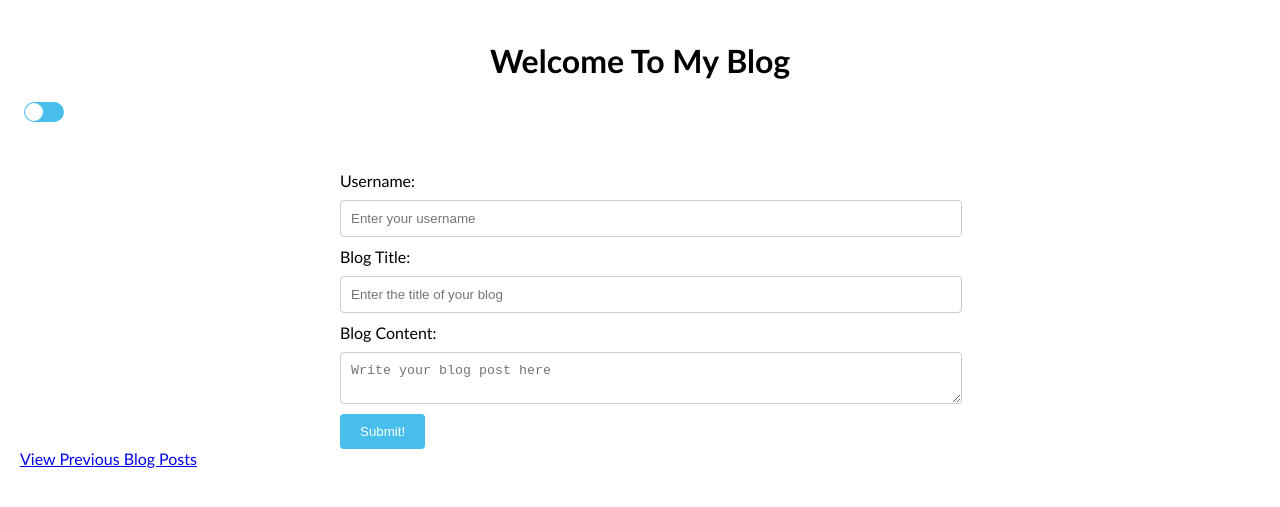
Repository: PaigeC001/WeatherOutlookTracker
Page: Challenge-4/index.html
These files come from the project's save history. The page is drawn as it stood at one moment and after the next save; the edit follows.
The browser window is 1280 px wide. The pictures show the whole page.

Above is the page before, as saved 2024-06-26 00:02:11.
Console error: SyntaxError: Identifier 'form' has already been declared

### Challenge-4/index.html
<!DOCTYPE html>
<html>
<head>
  <title>Blog Form</title>
  <link rel="stylesheet" type="text/css" href="styles.css">
</head>
<body>
  <h1>Welcome To My Blog</h1>

  <div class="toggle-container">
    <input type="checkbox" id="toggle">
    <label for="toggle"></label>
  </div>

<form id="blogPostForm">
    <label for="username">Username:</label>
    <input type="text" id="username" placeholder="Enter your username" required>

    <label for="title">Blog Title:</label>
    <input type="text" id="title" placeholder="Enter the title of your blog" required>

    <label for="content">Blog Content:</label>
    <textarea id="content" placeholder="Write your blog post here" required></textarea>

    <button type="submit">Submit!</button>
  </form>

  <script>
    // Add a new blog post and redirect to the second HTML page
    function addBlogPostAndRedirect(username, title, content) {
      // Add the blog post using the existing addBlogPost function
      addBlogPost(username, title, content);

      window.location.href = "blog.html";
    }

    // Update the form's submit event listener
    var form = document.getElementById('blogPostForm');

    form.addEventListener('submit', function(event) {
      event.preventDefault(); // prevent the form from submitting normally

      var username = document.getElementById('username').value;
      var title = document.getElementById('blogTitle').value;
      var content = document.getElementById('blogContent').value;

      addBlogPostAndRedirect(username, title, content);
    });
  </script>

<a href="blog.html">View Previous Blog Posts</a>

  <script src="script.js"></script>
</body>
</html>

### Challenge-4/styles.css
body {
  font-family: 'Trebuchet MS', 'Lucida Sans Unicode', 'Lucida Grande', 'Lucida Sans', Arial, sans-serif;
  margin: 0;
  padding: 20px;
}

h1 {
  text-align: center;
}

form {
  max-width: 600px;
  margin: 0 auto;
}

label,
input,
textarea {
  display: block;
  width: 100%;
  margin-bottom: 10px;
}

input[type="text"],
textarea {
  padding: 10px;
  border: 1px solid #ccc;
  border-radius: 4px;
}

button {
  padding: 10px 20px;
  background-color: #47beec;
  color: #fff;
  border: none;
  border-radius: 4px;
  cursor: pointer;
}

button:hover {
  background-color: #192c46;
}

.toggle-container {
    text-align: center;
    margin-bottom: 20px;
  }

  .toggle-container label {
    display: inline-block;
    margin-right: 5px;
  }

  .toggle-container input[type="checkbox"] {
    position: relative;
    width: 40px;
    height: 20px;
    appearance: none;
    -webkit-appearance: none;
    background-color: #47beec;
    outline: none;
    border-radius: 10px;
    cursor: pointer;
  }

  .toggle-container input[type="checkbox"]:before {
    content: '';
    position: absolute;
    top: 1px;
    left: 1px;
    width: 18px;
    height: 18px;
    border-radius: 50%;
    background-color: #fff;
    transition: transform 0.3s ease;
  }

  .toggle-container input[type="checkbox"]:checked:before {
    transform: translateX(20px);
  }

  .dark-mode {
    background-color: #333;
    color: #fff;
  }

  .dark-mode input[type="text"],
  .dark-mode textarea {
    background-color: #555
    color #fff;
  }

#blogPosts {
    max-width: 600px;
    margin: 0 auto;
  }

  #blogPosts div {
    background-color: #eee;
    padding: 20px;
    margin-bottom: 10px;
    border-radius: 4px;
  }

  #blogPosts h3 {
    margin-top: 0;
  }

  #blogPosts p:first-child {
    font-weight: bold;
    margin-bottom: 5px;
  }

  #blogPosts p:last-child {
    margin-bottom: 0;
  }

### Challenge-4/script.js
const form = document.querySelector('form');

form.addEventListener('submit', function(event) {
  event.preventDefault();

  const username = document.getElementById('username').value;
  const title = document.getElementById('title').value;
  const content = document.getElementById('content').value;

  console.log('Username:', username);
  console.log('Title:', title);
  console.log('Content:', content);

const toggle = document.getElementById('toggle');
const body = document.body;

toggle.addEventListener('change', function() {
  body.classList.toggle('dark-mode');
});
});

const toggle = document.getElementById('toggle');
const body = document.body;

toggle.addEventListener('change', function() {
    body.classList.toggle('dark-mode');
});

// Set up local storage
localStorage.setItem('blogPosts', JSON.stringify([]));

// Add a new blog post to the local storage
function addBlogPost(username, title, content) {
  // Retrieve existing blog posts from local storage
  var storedData = localStorage.getItem('blogPosts');
  var blogPostsArray = JSON.parse(storedData);

  // Create a new blog post object
  var newBlogPost = {
    username: username,
    title: title,
    content: content
  };

  // Add the new blog post to the array
  blogPostsArray.push(newBlogPost);

  // Update the local storage with the updated array
  localStorage.setItem('blogPosts', JSON.stringify(blogPostsArray));
}

// Retrieve all blog posts from local storage
function getAllBlogPosts() {
  var storedData = localStorage.getItem('blogPosts');
  return JSON.parse(storedData);
}

// Retrieve a single blog entry by its index
function getBlogPost(index) {
  var blogPostsArray = getAllBlogPosts();
  return blogPostsArray[index];
}

// Example usage
addBlogPost("JohnDoe", "My first blog post", "This is the content of my first blog post");
addBlogPost("JaneSmith", "My second blog post", "This is the content of my second blog post");

console.log(getAllBlogPosts());
console.log(getBlogPost(0));

// Add a new blog post and redirect to the second HTML page
function addBlogPostAndRedirect(username, title, content) {
    // Add the blog post using the existing addBlogPost function
    addBlogPost(username, title, content);

    // Redirect to the second HTML page
    window.location.href = "blog.html";
  }

After the next save:
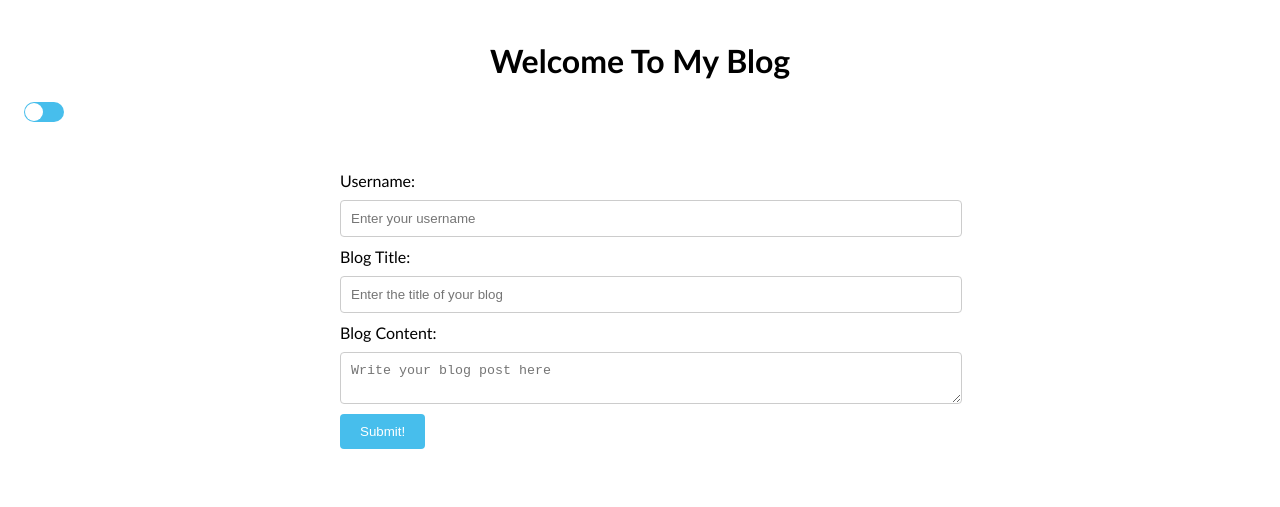
The error is gone.
Saved 40 s later.
--- a/Challenge-4/index.html
+++ b/Challenge-4/index.html
@@ -25,31 +25,6 @@
     <button type="submit">Submit!</button>
   </form>
 
-  <script>
-    // Add a new blog post and redirect to the second HTML page
-    function addBlogPostAndRedirect(username, title, content) {
-      // Add the blog post using the existing addBlogPost function
-      addBlogPost(username, title, content);
-
-      window.location.href = "blog.html";
-    }
-
-    // Update the form's submit event listener
-    var form = document.getElementById('blogPostForm');
-
-    form.addEventListener('submit', function(event) {
-      event.preventDefault(); // prevent the form from submitting normally
-
-      var username = document.getElementById('username').value;
-      var title = document.getElementById('blogTitle').value;
-      var content = document.getElementById('blogContent').value;
-
-      addBlogPostAndRedirect(username, title, content);
-    });
-  </script>
-
-<a href="blog.html">View Previous Blog Posts</a>
-
   <script src="script.js"></script>
 </body>
 </html>
